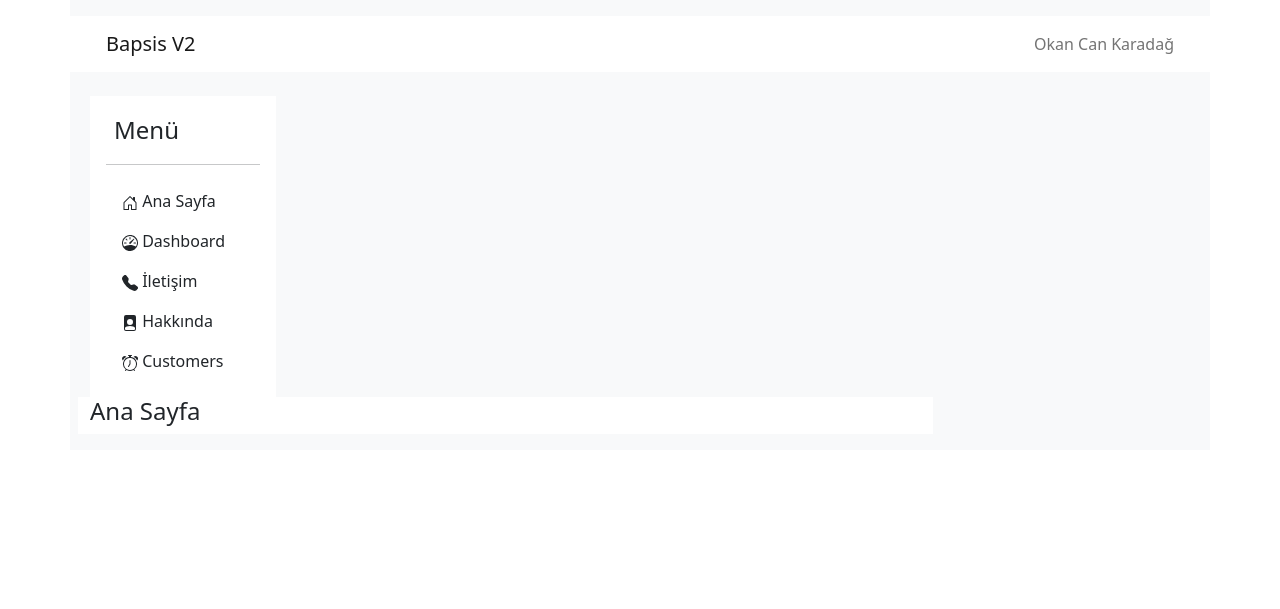
Repository: okankrdg/ReactCoreTemplate
Page: / (app in ReactCoreTemplate/client/)
The author's editor kept a copy of each file at every save. The page is drawn from the files as they stood at one save, then again after the next save.
The browser window is 1280 px wide. The pictures show the whole page.
The project was rebuilt for these pictures with package versions that can differ from the ones it lists, and the page was loaded fresh each time. Also part of the build but not shown: ReactCoreTemplate/client/src/App.css.

Above is the page before, as saved 2021-09-06 23:25:59.

### ReactCoreTemplate/client/src/App.js
import "./App.css";
import Layout from "./components/Layout";
import { Route, Switch } from "react-router-dom";
import { About, Dashboard, Home, Contact } from "./Pages/NavLinkComps";
function App() {
  return (
    <Layout>
      <div className="col-md-9 bg-white mx-2">
        <Switch>
          <Route path="/about">
            <About />
          </Route>
          <Route path="/dashboard">
            <Dashboard />
          </Route>
          <Route exact path="/">
            <Home />
          </Route>
          <Route path="/contact">
            <Contact />
          </Route>
        </Switch>
      </div>
    </Layout>
  );
}

export default App;

### ReactCoreTemplate/client/src/components/Layout.js
import Header from "./Header";
import NavigationMenu from "./NavigationMenu";
import "../dist/bootstrap/bootstrap.min.css";
const Layout = ({ children }) => {
  return (
    <div className="container">
      <div className="row py-3" style={{ backgroundColor: "#f8f9fa" }}>
        <Header />
        <div className="">
          <NavigationMenu />
        </div>
        {children}
      </div>
    </div>
  );
};
export default Layout;

### ReactCoreTemplate/client/src/Pages/NavLinkComps.js
const Home = () => {
  return <h4>Ana Sayfa</h4>;
};
const Dashboard = () => {
  return <h4>Dashboard</h4>;
};
const About = () => {
  return <h4>Hakkında</h4>;
};
const Contact = () => {
  return <h4>İletişim</h4>;
};
export { Home, Dashboard, About, Contact };

### ReactCoreTemplate/client/src/components/Header.js
import { Navbar, Container } from "react-bootstrap";
const Header = () => {
  return (
    <Navbar className="mb-4 bg-white">
      <Container fluid>
        <Navbar.Brand href="#home">Bapsis V2</Navbar.Brand>
        <Navbar.Toggle />
        <Navbar.Collapse className="justify-content-end">
          <Navbar.Text>Okan Can Karadağ</Navbar.Text>
        </Navbar.Collapse>
      </Container>
    </Navbar>
  );
};
export default Header;

### ReactCoreTemplate/client/src/components/NavigationMenu.js
import * as Icon from "react-bootstrap-icons";
import { Link } from "react-router-dom";
const NavigationMenu = () => {
  return (
    <div className="d-flex flex-column p-3 bg-white mx-2 col-md-2">
      <a
        href="/"
        className="d-flex align-items-center mx-2 link-dark text-decoration-none"
      >
        <span className="fs-4">Menü</span>
      </a>
      <hr></hr>
      <ul className="nav nav-pills flex-column mb-auto">
        <li className="nav-item">
          <Link to="/" className="text-decoration-none">
            <button className="nav-link link-dark">
              <Icon.HouseDoor /> Ana Sayfa
            </button>
          </Link>
        </li>
        <li>
          <Link to="/dashboard" className="text-decoration-none">
            <button className="nav-link link-dark">
              <Icon.Speedometer /> Dashboard
            </button>
          </Link>
        </li>
        <li>
          <Link to="/contact" className="text-decoration-none">
            <button className="nav-link link-dark">
              <Icon.TelephoneFill /> İletişim
            </button>
          </Link>
        </li>
        <li>
          <Link to="/about" className="text-decoration-none">
            <button className="nav-link link-dark">
              <Icon.FilePersonFill /> Hakkında
            </button>
          </Link>
        </li>
        <li>
          <Link to="/" className="text-decoration-none">
            <button className="nav-link link-dark">
              <Icon.Alarm /> Customers
            </button>
          </Link>
        </li>
      </ul>
    </div>
  );
};
export default NavigationMenu;

Loaded but not shown: ReactCoreTemplate/client/public/index.html (common file); ReactCoreTemplate/client/src/index.js (common file); ReactCoreTemplate/client/src/index.css (common file); ReactCoreTemplate/client/src/dist/bootstrap/bootstrap.min.css (library); ReactCoreTemplate/client/src/App.css (no copy from this time; the picture is the same without it)

After the next save:
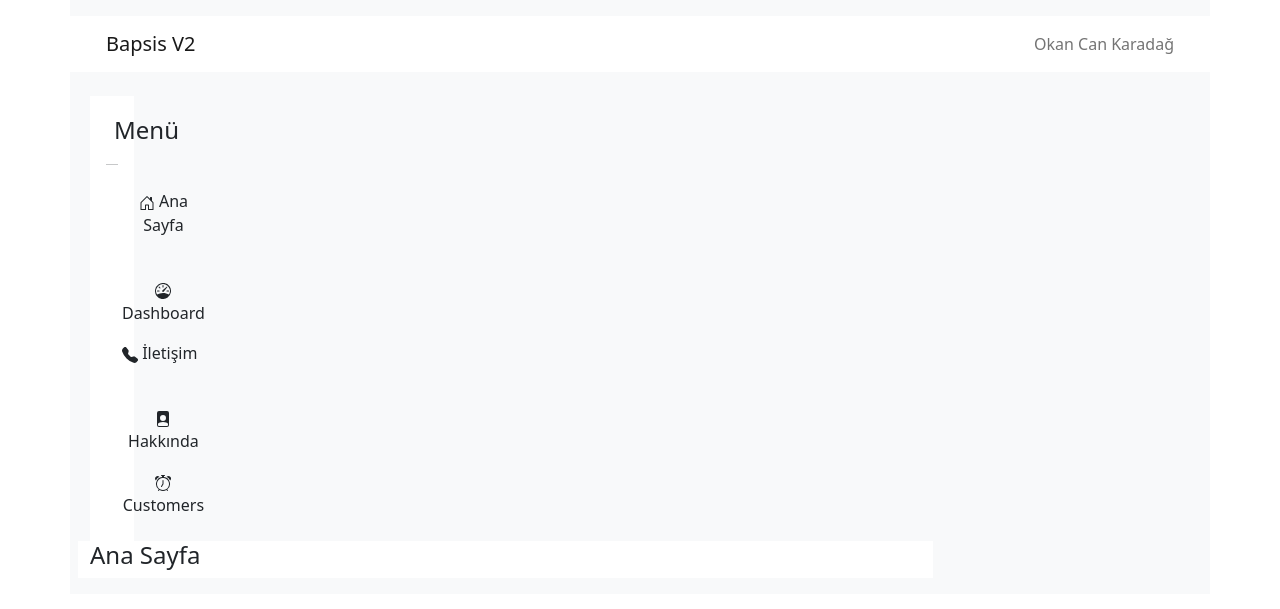
Saved 32 s later.
--- a/ReactCoreTemplate/client/src/components/Layout.js
+++ b/ReactCoreTemplate/client/src/components/Layout.js
@@ -6,8 +6,10 @@ const Layout = ({ children }) => {
     <div className="container">
       <div className="row py-3" style={{ backgroundColor: "#f8f9fa" }}>
         <Header />
-        <div className="">
-          <NavigationMenu />
+        <div className="col-3">
+          <div className="sticky-">
+            <NavigationMenu />
+          </div>
         </div>
         {children}
       </div>
